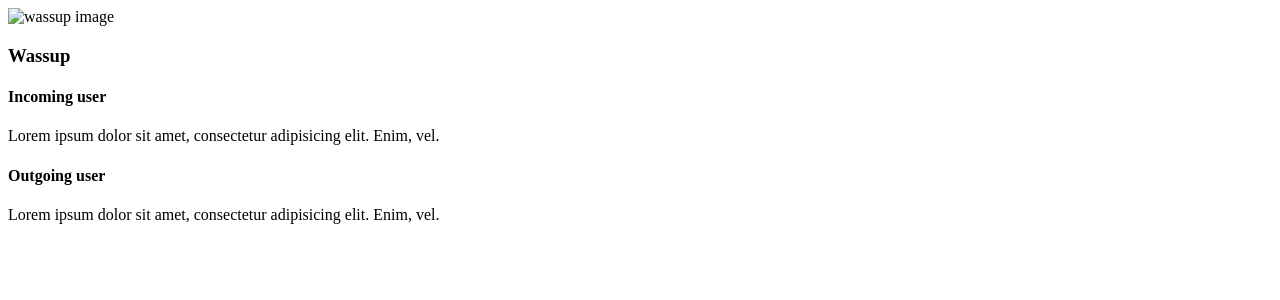
Repository: yashrajverma/Wassup-Chat-App
Page: index.html
These files come from the project's save history. The page is drawn as it stood at one moment and after the next save; the edit follows.
The browser window is 1280 px wide. The pictures show the whole page.

Above is the page before, as saved 2020-11-19 11:39:48.

After the next save:
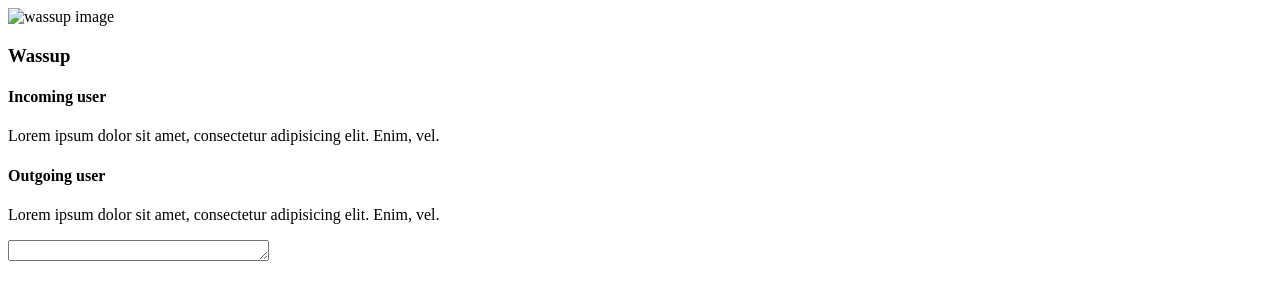
Saved 68 s later.
--- a/index.html
+++ b/index.html
@@ -23,6 +23,9 @@
                 <p>Lorem ipsum dolor sit amet, consectetur adipisicing elit. Enim, vel.</p>
             </div>
         </div>
+        <div>
+            <textarea id="message_box" cols="30" rows="1"></textarea>
+        </div>
     </section>
 </body>
 
